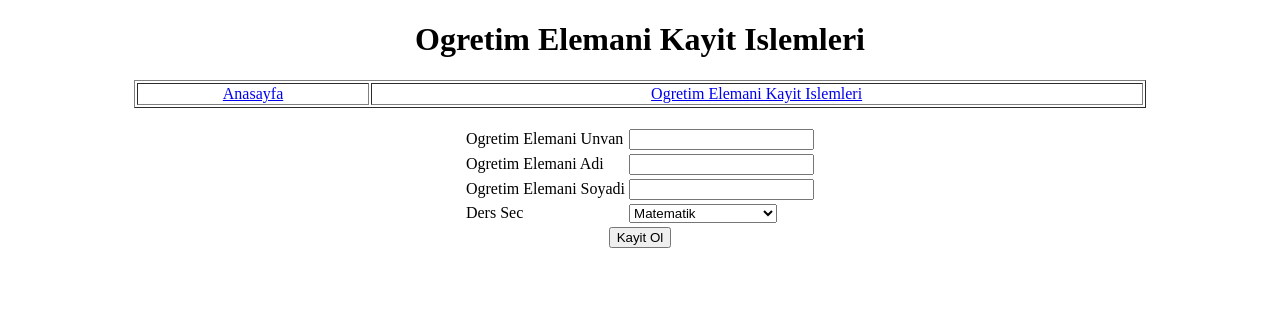
Repository: Egemen-ve-Burakhan-internet-final/final
Page: http://localhost/ogretim/ogretmen_kayit.jsp
An editor plug-in stored every save of this project. The page is shown before and after the next save, followed by the edit.
The browser window is 1280 px wide. The pictures show the whole page.
The page is served by Tomcat 9.

Above is the page before, as saved 2020-05-26 14:47:00.

After the next save:
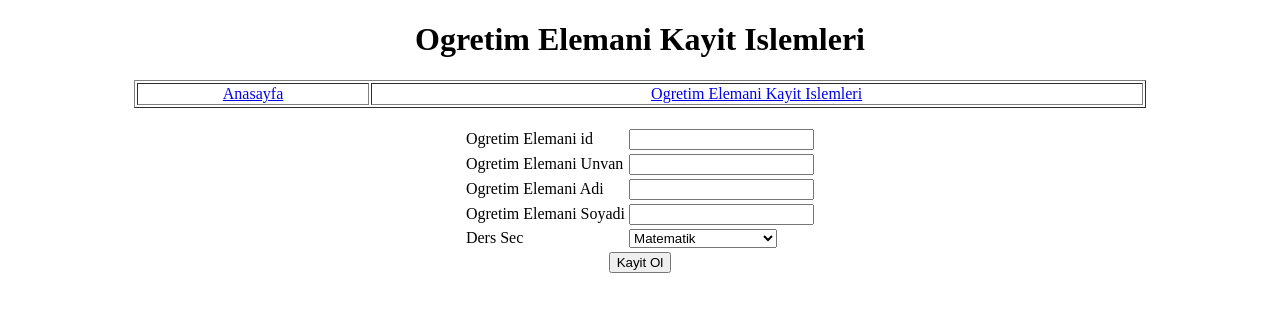
Saved 2 min 7 s later.
--- a/okul/ogretim/WebContent/ogretmen_kayit.jsp
+++ b/okul/ogretim/WebContent/ogretmen_kayit.jsp
@@ -23,6 +23,11 @@
 		<div>
 			<form name="forum" action="" method="post">
 				<table align= center>
+				    <tr>
+						<td><label>Ogretim Elemani id</label></td>
+						<td><input type="text" name="unvan" id="unvan"></td>
+					</tr>
+
 					<tr>
 						<td><label>Ogretim Elemani Unvan</label></td>
 						<td><input type="text" name="unvan" id="unvan"></td>
